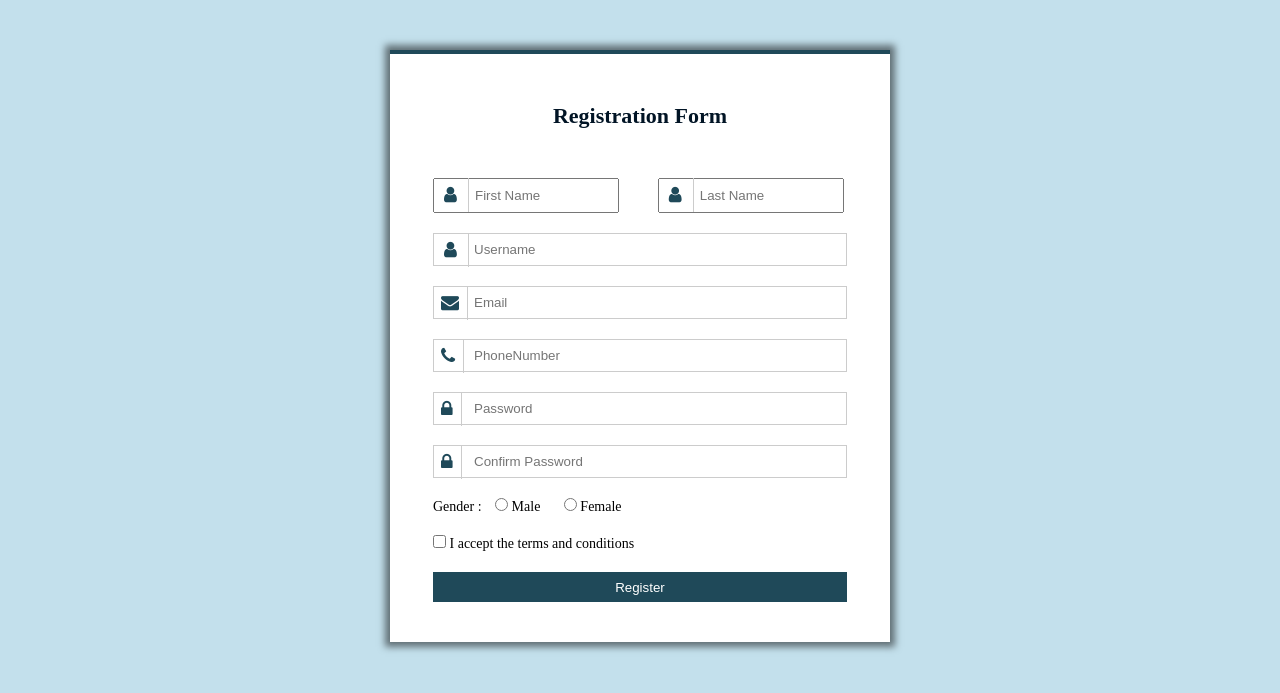
Repository: sampanna17/javabackup
Page: http://localhost/EvoX_CW/pages/register.jsp
An editor plug-in stored every save of this project. The page is shown before and after the next save, followed by the edit.
The browser window is 1280 px wide. The pictures show the whole page.
The page is served by Tomcat 9.

Above is the page before, as saved 2024-05-05 12:32:57.

After the next save:
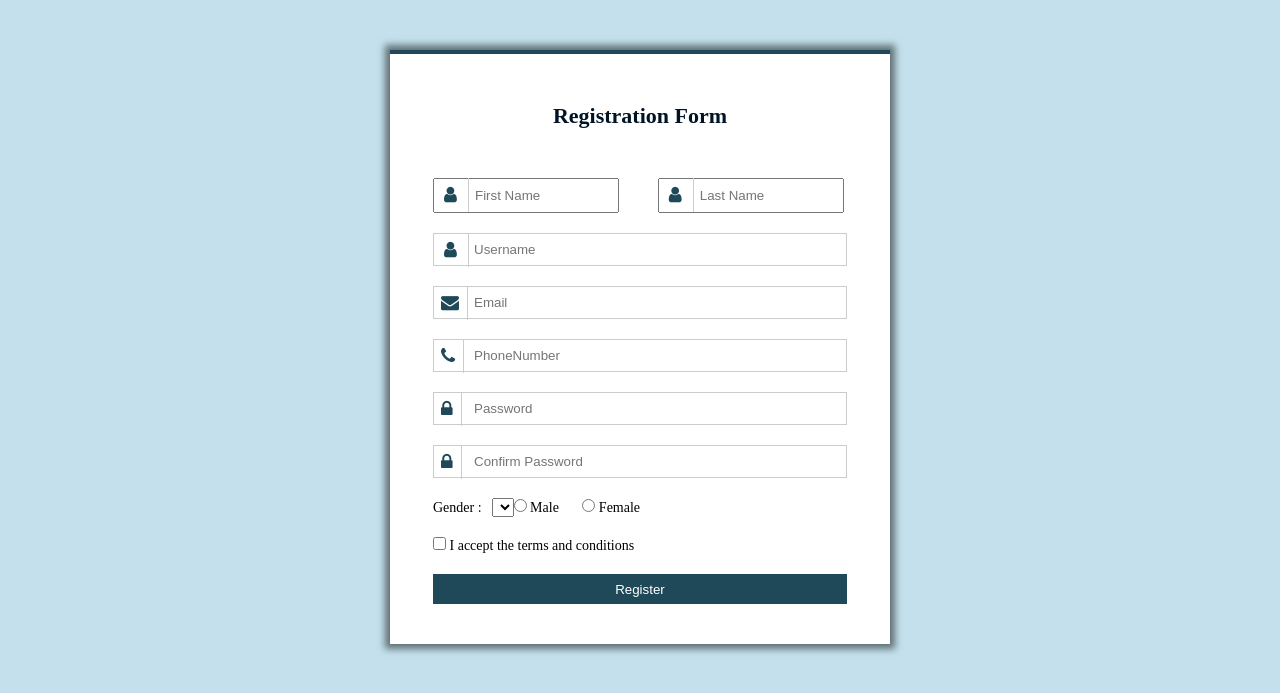
Saved 2 min 28 s later.
--- a/EvoX_CW/src/main/webapp/pages/register.jsp
+++ b/EvoX_CW/src/main/webapp/pages/register.jsp
@@ -61,10 +61,11 @@ String contextPath = request.getContextPath();
                 </div>
                 <div class="input-name">
                     <i class="fa fa-lock"></i>
-                    <input type="password" placeholder="Confirm Password" class="text-name">
+                    <input type="password" placeholder="Confirm Password" class="text-name" name="confirmpassword">
                 </div>
                 <div class="input-name">
-                    <p style="display: inline-block; margin-right: 10px;">Gender :</p>
+                    <p style="display: inline-block; margin-right: 10px;">Gender :</p><select id="gender"
+						name="gender" required>
                     <input type="radio" class="radio" name="r1" style="display: inline-block;">
                     <label style="margin-right: 20px; display: inline-block;">Male</label>
 
